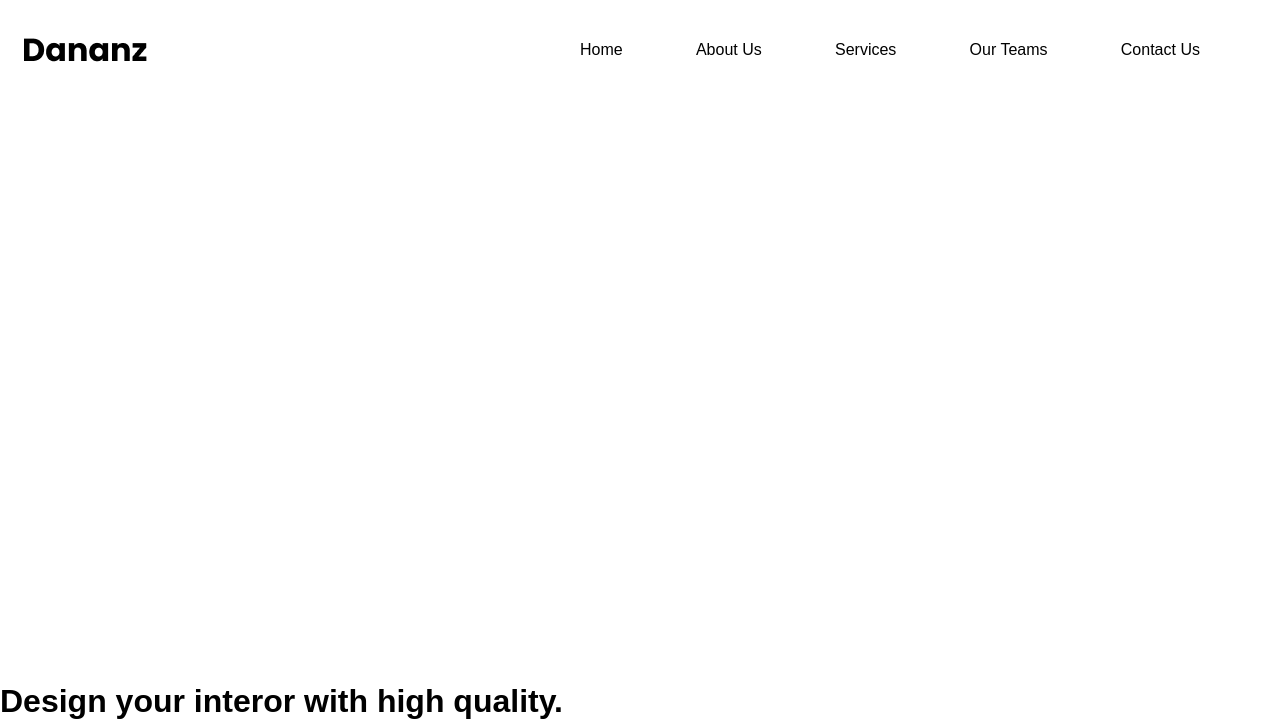
Repository: AsadKasimov/disain
Page: index.html
These files come from the project's save history. The page is drawn as it stood at one moment and after a run of saves; the edit follows.
The browser window is 1280 px wide. The pictures show the whole page.

Above is the page before, as saved 2023-04-20 00:56:19.

### index.html
<!DOCTYPE html>
<html lang="en">
<head>
    <meta charset="UTF-8">
    <meta http-equiv="X-UA-Compatible" content="IE=edge">
    <meta name="viewport" content="width=device-width, initial-scale=1.0">
    <title>F</title>
    <link rel="stylesheet" href="./style.css">
</head>
<body>
    <div class="wrapper">
        <header class="header">
            <!-- Шапка -->
            <div class="logo">
                <img src="./img/Dananz.png" alt="">
            </div>

            <!-- Меню сайта -->
            <nav class="nav">
                <ul>
                    <li>Home</li>
                    <li>About Us</li>
                    <li>Services</li>
                    <li>Our Teams</li>
                    <li>Contact Us</li>

                </ul>
            </nav>

            <!-- Иконка бургерменю -->
            <div class="burger">
                <span></span>
            </div>
        </header>

    </div>

    <div class="menu">
        <div class="text-menu">
            <h1>Design your interor with high quality.</h1>
        </div>


    </div>

    <script>
        document.querySelector('.burger').addEventListener('click', function() {
            this.classList.toggle('active');
            document.querySelector('.nav').classList.toggle('open');
        })
    </script>
</body>
</html>

### style.css
html, body {
  height: 100%;
  width: 100%;
}

body {
  display: flex;
  flex-direction: column;
  font-family: Arial, "Helvetica Neue", Helvetica, sans-serif;
  background-color: #fff;

}

*{
  padding: 0;
  margin: 0;
  box-sizing: border-box;
}

.wrapper{
  flex-grow: 1;
}

.open{
  display: flex !important;
}

.header{
  display: flex;
  align-items: center;
  justify-content: space-between;
  min-height: 100px;
  background-color: #fff;
  color: #000;
  padding: 0 40px;
}

.logo{
  display: flex;
  justify-content: center;
  flex-direction: column;
  align-items: center;

  width: 90px;
  height: 90px;
}

.nav{
  display: flex;
  width: 700px;
  padding: 0 40px;
}

.nav ul{
  width: 100%;
  list-style: none;
  display: flex;
  justify-content: space-between;
}

.burger{
  display: none;
  position: relative;
  z-index: 50;
  align-items: center;
  justify-content: flex-end;
  width: 30px;
  height: 18px;
}

.burger span{
  height: 2px;
  width: 80%;
  transform: scale(1);
  background-color: #000;
}

.burger::before, .burger::after{
  content: '';
  position: absolute;
  height: 2px;
  width: 100%;
  background-color: #000;
  transition: all 0.3s ease 0s;
}

.burger::before { top: 0 }

.burger::after { bottom: 0 }


.burger.active span { transform: scale(0) }

.burger.active::before{
  top: 50%;
  transform: rotate(-45deg) translate(0, -50%);
}

.burger.active::after{
  bottom: 50%;
  transform: rotate(45deg) translate(0, 50%);
}



@media (max-width: 700px) {

  .burger { display: flex }

  .nav{
      display: none;
      flex-direction: column;
      position: fixed;
      height: 100%;
      width: 100%;
      top: 0; bottom: 0; left: 0; right: 0;
      z-index: 50;
      overflow-y: auto;
      padding: 50px 40px;
      background-color: ghostwhite;

  }

  .nav ul{
      flex-direction: column;
      row-gap: 30px;
  }
}

After the next 2 saves:
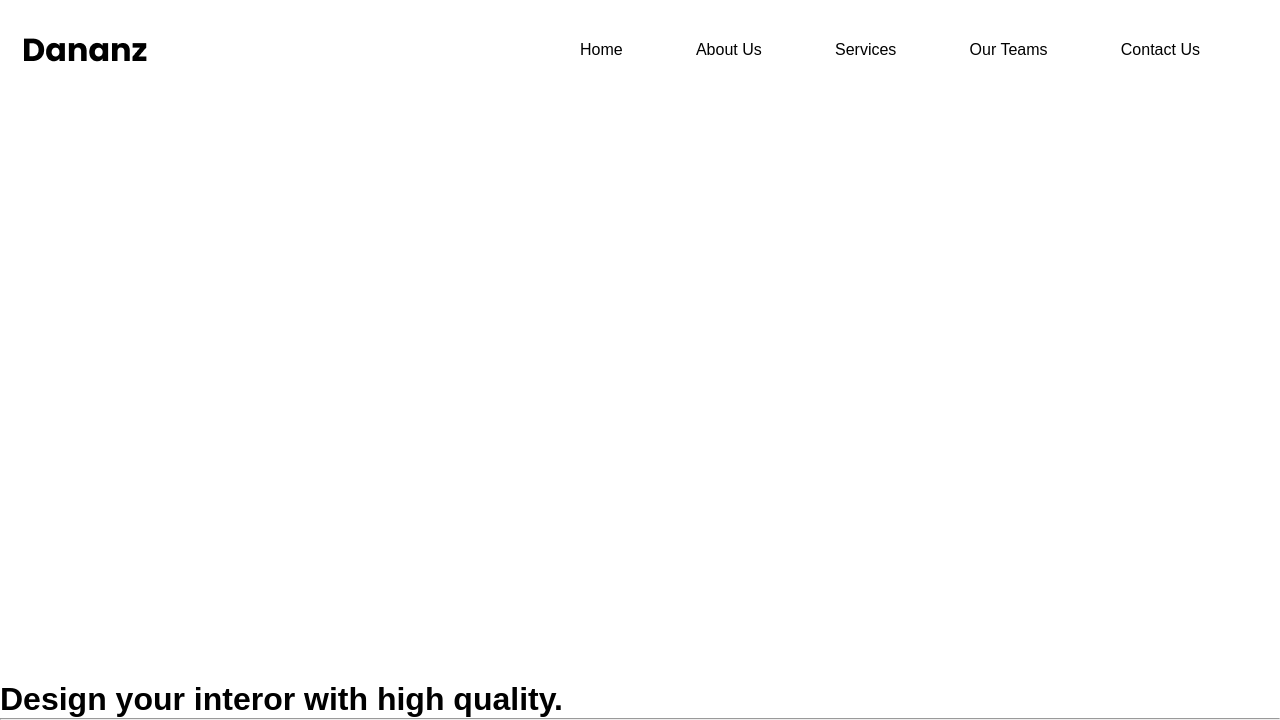
The 2 saves are shown as one change because they came seconds apart.
The last was saved 11 s later.
--- a/index.html
+++ b/index.html
@@ -39,7 +39,7 @@
         <div class="text-menu">
             <h1>Design your interor with high quality.</h1>
         </div>
-
+        <hr>
 
     </div>
 
